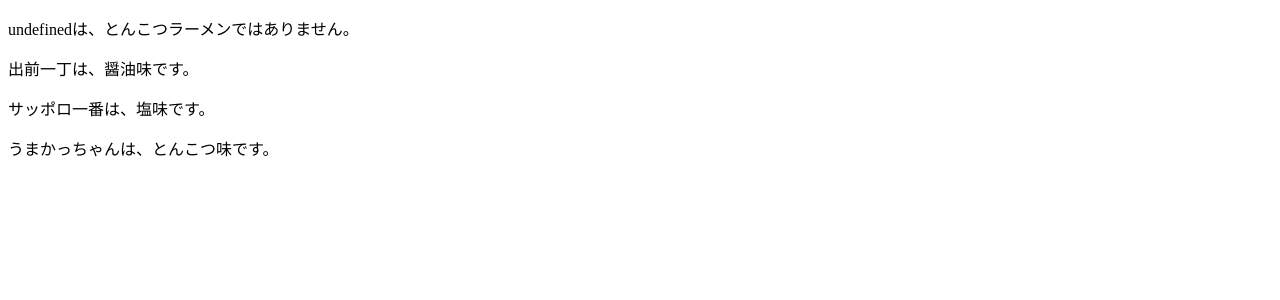
Repository: matsuryu0325/18_JS_practise
Page: 0415/ramen.html
These files come from the project's save history. The page is drawn as it stood at one moment and after the next save; the edit follows.
The browser window is 1280 px wide. The pictures show the whole page.

Above is the page before, as saved 2024-04-15 12:45:00.

### 0415/ramen.html
<!DOCTYPE html>
<html lang="ja">

<head>
    <meta charset="UTF-8">
    <meta name="viewport" content="width=device-width, initial-scale=1.0">
    <title>インスタントラーメン</title>
</head>

<body>
    <p id="result"></p>

    <script>
        const demaeicchou = {
            name: "出前一丁",
            soup: "醤油",
            //メソッド
            preview: function () {
                const area = document.querySelector("#result");
                area.innerHTML = `${this.name}は、${this.soup}ラーメンです。`;
            },
        };
        demaeicchou.preview();

        demaeicchou.soup = "とんこつ";
        demaeicchou.preview = function () {
            const area = document.querySelector("#result");
            area.innerHTML = `${this.name}は、${this.soup}ラーメンではありません。`;
        };

        //出前一丁を消す
        delete demaeicchou.name;

        //メソッドの再実行
        demaeicchou.preview();

        class InstantNoodle {
            //静的プロパティ
            static TYPE = "インスタントラーメン"





            //静的メゾット
            static making() {
                return `<p>${InstantNoodle.TYPE}は、鍋で作ります。</p>`
            }




            //処理などを書く
            //コンストラクタ（構造）
            constructor(ramen, taste) {
                this.name = ramen;
                this.soup = taste;
            }
            descript() {
                return `<p>${this.name}は、${this.soup}味です。</p>`;
            }
        }

        /* //インスタンス化
        const soltRamen = new InstantNoodle("サッポロ一番", "塩");
        console.log(soltRamen);//オブジェクト
        console.log(soltRamen.name + "は、" + soltRamen.taste + "味");

        const demaeicchouN = new InstantNoodle("出前一丁", "醤油");
        console.log(demaeicchouN);//オブジェクト
        console.log(demaeicchouN.name + "は、" + demaeicchouN.soup + "味");


        //メソッドを作って、呼び出す
        console.log(soltRamen.descript(), demaeicchouN.descript());

        document.body.insertAdjacentHTML("beforeend", soltRamen.descript());
        document.body.insertAdjacentHTML("beforeend", demaeicchouN.descript()); */


        const ramens = [];
        ramens.push(new InstantNoodle("出前一丁", "醤油"));
        ramens.push(new InstantNoodle("サッポロ一番", "塩"));
        ramens.push(new InstantNoodle("うまかっちゃん", "とんこつ"));
        console.log(ramens);//オブジェクトの配列

        //ramenの中にramensの要素（値）が入る
        ramens.forEach((ramen) => {
            //Lengthを書かなくても、要素の数だけ回る
            document.body.insertAdjacentHTML("beforeend", ramen.descript());
        });
    </script>

</body>

</html>

After the next save:
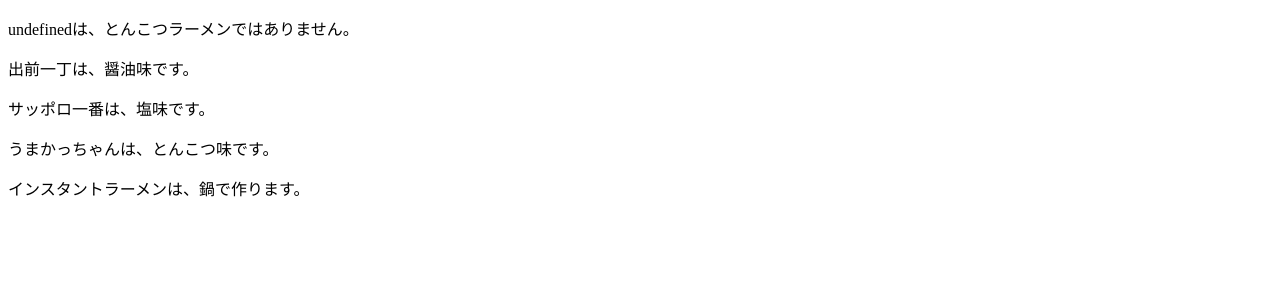
Saved 58 s later.
--- a/0415/ramen.html
+++ b/0415/ramen.html
@@ -89,6 +89,8 @@
             //Lengthを書かなくても、要素の数だけ回る
             document.body.insertAdjacentHTML("beforeend", ramen.descript());
         });
+
+        document.body.insertAdjacentHTML("beforeend", InstantNoodle.making());
     </script>
 
 </body>
